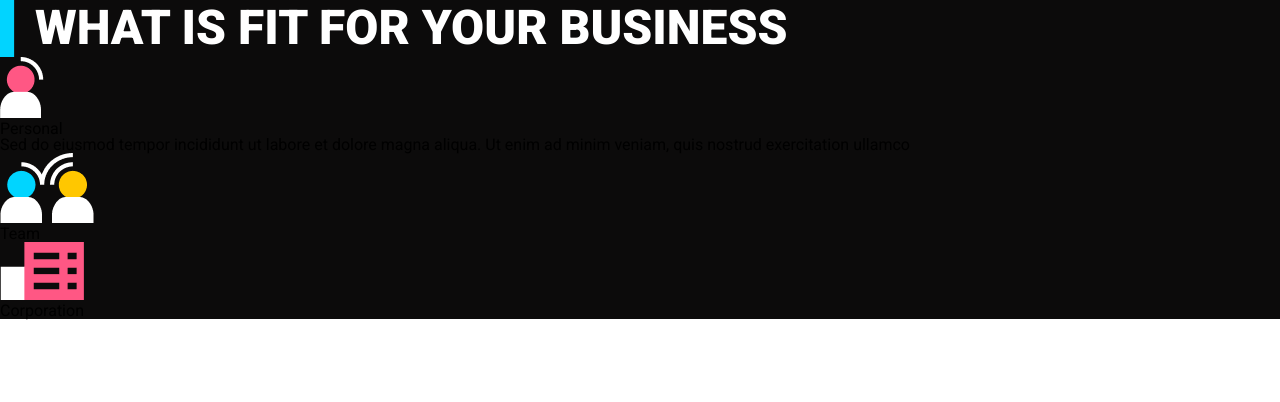
Repository: VetaWhale/team-site-test
Page: index.html
These files come from the project's save history. The page is drawn as it stood at one moment and after the next save; the edit follows.
The browser window is 1280 px wide. The pictures show the whole page.
Some web fonts or font styles are not loaded; a fallback is used.

Above is the page before, as saved 2023-04-24 10:43:09.

After the next save:
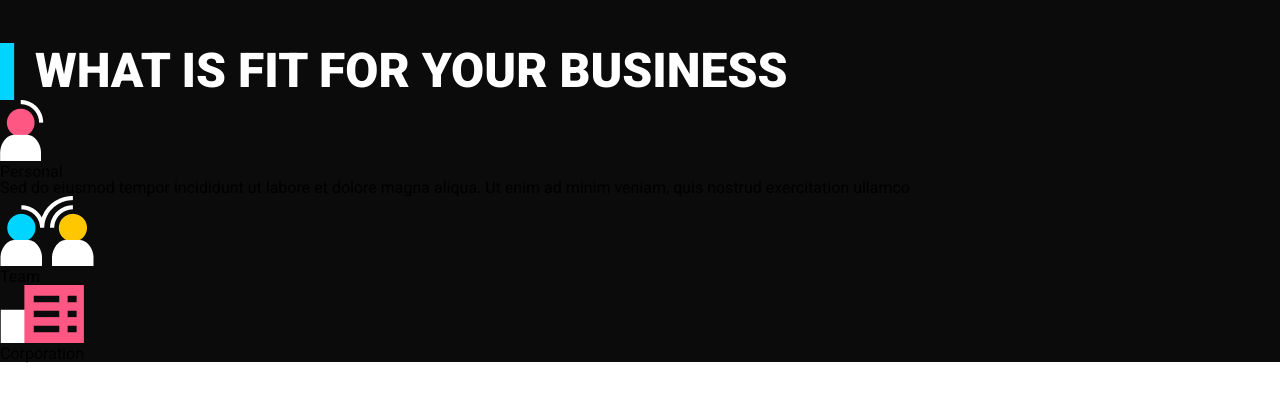
Saved 18 s later.
--- a/css/business.css
+++ b/css/business.css
@@ -1,6 +1,7 @@
 .business {
     width: 100%;
     background-color: #0C0B0B;
+    padding-top: 43px;
 }
 
 .business__title {
